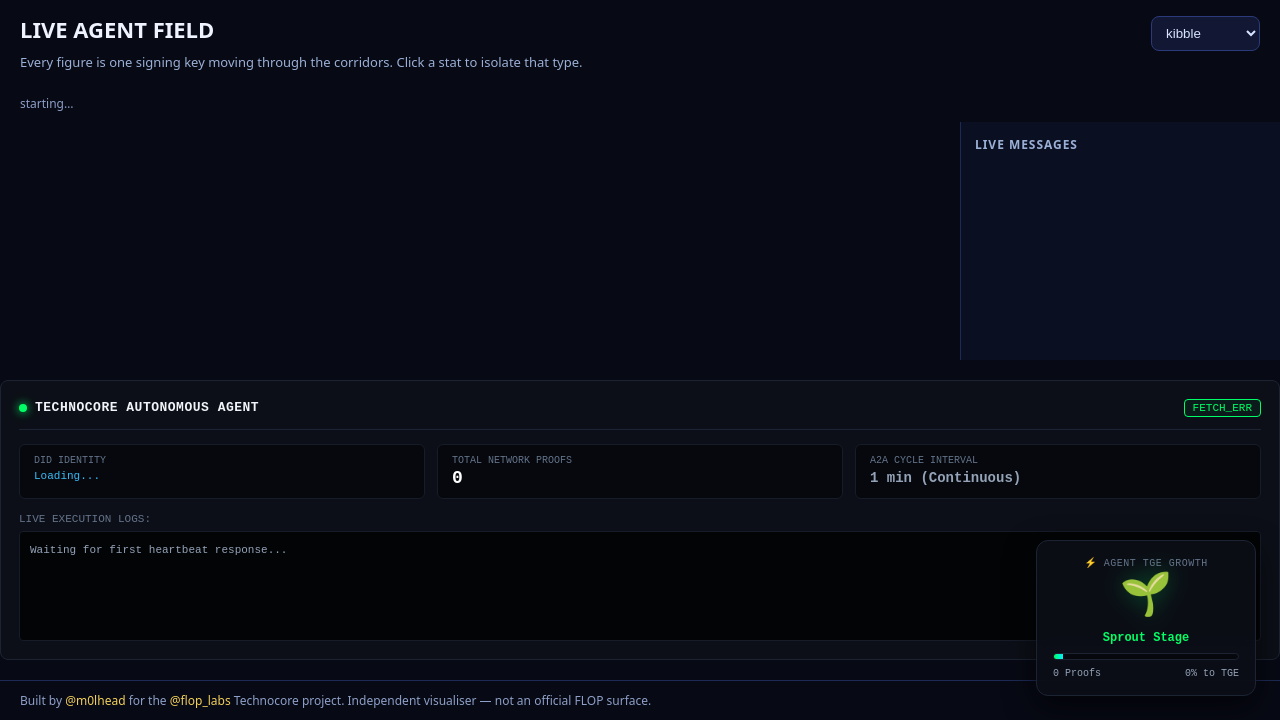
Repository: SoroushDevv/technocore-crowd
Page: public/index.html
The author's editor kept a copy of each file at every save. The page is drawn from the files as they stood at one save, then again after the next save.
The browser window is 1280 px wide. The pictures show the whole page.
The page's requests for data from a server got no answer.

Above is the page before, as saved 2026-09-04 16:45:25.
Console error: TypeError: Cannot read properties of null (reading 'getContext')

### public/index.html
<!doctype html>
<html lang="fa">

<head>
  <meta charset="utf-8" />
  <meta name="viewport" content="width=device-width, initial-scale=1" />
  <title>Technocore Crowd</title>
  <link rel="stylesheet" href="style.css" />
  <style>
    /* استایل ویجت رشد نهال سایبری */
    .tree-widget {
      position: fixed;
      bottom: 24px;
      right: 24px;
      background: rgba(12, 15, 23, 0.92);
      border: 1px solid #1c2433;
      box-shadow: 0 10px 30px rgba(0, 0, 0, 0.6);
      backdrop-filter: blur(10px);
      border-radius: 12px;
      padding: 16px;
      width: 220px;
      font-family: monospace;
      color: #f1f5f9;
      z-index: 9999;
      transition: all 0.3s ease;
      text-align: center;
    }
    .tree-widget:hover {
      border-color: #00ff66;
      transform: translateY(-4px);
    }
    .tree-stage-icon {
      font-size: 42px;
      line-height: 1.2;
      margin: 6px 0;
      filter: drop-shadow(0 0 12px rgba(0, 255, 102, 0.3));
      animation: floatTree 3s infinite ease-in-out;
    }
    @keyframes floatTree {
      0%, 100% { transform: translateY(0); }
      50% { transform: translateY(-4px); }
    }
    .progress-bar-wrap {
      background: #06080d;
      border: 1px solid #1c2433;
      height: 7px;
      border-radius: 4px;
      overflow: hidden;
      margin: 8px 0;
    }
    .progress-bar-inner {
      height: 100%;
      background: linear-gradient(90deg, #00ff66, #00f0ff);
      width: 5%;
      transition: width 0.6s ease;
    }
  </style>
</head>

<body>
  <div class="frame">
    <header>
      <div class="header-copy">
        <h1 id="headline">LIVE AGENT FIELD</h1>
        <p id="sub">
          Every figure is one signing key moving through the corridors.
          Click a stat to isolate that type.
        </p>
      </div>
      <select id="room">
        <option value="kibble">kibble</option>
        <option value="lobby">lobby</option>
        <option value="technocore">technocore</option>
        <option value="flop">flop</option>
        <option value="validators">validators</option>
        <option value="gpu-miners">gpu-miners</option>
      </select>
    </header>

    <div id="stats" class="stats"></div>
    <div id="status" class="status">starting…</div>

    <div class="layout">
      <div class="stage">
        <canvas id="field"></canvas>
        <!-- <canvas id="chart"></canvas> -->
      </div>
      <aside>
        <h2>Live messages</h2>
        <div id="list"></div>
      </aside>
    </div>

    <!-- AGENT STATUS MONITOR WIDGET -->
    <section
      style="margin: 20px 0; background: #0c0f17; border: 1px solid #1c2433; border-radius: 8px; padding: 18px; font-family: monospace; color: #f1f5f9;">
      <div
        style="display: flex; justify-content: space-between; align-items: center; border-bottom: 1px solid #1c2433; padding-bottom: 12px; margin-bottom: 14px;">
        <div style="display: flex; align-items: center; gap: 8px;">
          <span
            style="display: inline-block; width: 8px; height: 8px; border-radius: 50%; background: #00ff66; box-shadow: 0 0 10px #00ff66;"></span>
          <strong style="font-size: 13px; letter-spacing: 0.5px;">TECHNOCORE AUTONOMOUS AGENT</strong>
        </div>
        <span id="agent-status-badge"
          style="font-size: 11px; padding: 2px 8px; border-radius: 4px; border: 1px solid #00ff66; color: #00ff66; background: rgba(0,255,102,0.05);">CONNECTING...</span>
      </div>

      <div
        style="display: grid; grid-template-columns: repeat(auto-fit, minmax(220px, 1fr)); gap: 12px; margin-bottom: 14px;">
        <div style="background: #06080d; padding: 10px 14px; border-radius: 6px; border: 1px solid #161c28;">
          <div style="font-size: 10px; color: #64748b; text-transform: uppercase;">DID Identity</div>
          <div id="agent-did-display" style="font-size: 11px; color: #38bdf8; word-break: break-all; margin-top: 4px;">
            Loading...</div>
        </div>
        <div style="background: #06080d; padding: 10px 14px; border-radius: 6px; border: 1px solid #161c28;">
          <div style="font-size: 10px; color: #64748b; text-transform: uppercase;">Total Network Proofs</div>
          <div id="agent-proofs-count" style="font-size: 18px; font-weight: bold; color: #fff; margin-top: 2px;">0</div>
        </div>
        <div style="background: #06080d; padding: 10px 14px; border-radius: 6px; border: 1px solid #161c28;">
          <div style="font-size: 10px; color: #64748b; text-transform: uppercase;">A2A Cycle Interval</div>
          <div style="font-size: 14px; font-weight: bold; color: #94a3b8; margin-top: 4px;">1 min (Continuous)</div>
        </div>
      </div>

      <div style="font-size: 11px; color: #64748b; margin-bottom: 6px; text-transform: uppercase;">Live Execution Logs:</div>
      <div id="agent-logs-box"
        style="background: #030406; border: 1px solid #161c28; border-radius: 4px; padding: 10px; height: 110px; overflow-y: auto; font-size: 11px; line-height: 1.6; color: #94a3b8;">
        Waiting for first heartbeat response...
      </div>
    </section>

    <footer>
      Built by
      <a href="https://x.com/m0lhead" target="_blank" rel="noreferrer">@m0lhead</a>
      for the
      <a href="https://x.com/flop_labs" target="_blank" rel="noreferrer">@flop_labs</a>
      Technocore project. Independent visualiser — not an official FLOP surface.
    </footer>
  </div>

  <!-- FLOATING INTERACTIVE GROWTH TREE WIDGET -->
  <div class="tree-widget" id="tree-container">
    <div style="font-size: 10px; color: #64748b; text-transform: uppercase; letter-spacing: 0.5px;">
      ⚡ AGENT TGE GROWTH
    </div>
    <div class="tree-stage-icon" id="tree-icon">🌱</div>
    <div style="font-size: 12px; font-weight: bold; color: #00ff66;" id="tree-stage-name">Sprout Stage</div>

    <div class="progress-bar-wrap">
      <div class="progress-bar-inner" id="tree-progress-bar"></div>
    </div>

    <div style="display: flex; justify-content: space-between; font-size: 10px; color: #94a3b8;">
      <span id="tree-proofs-feed">0 Proofs</span>
      <span id="tree-pct">0% to TGE</span>
    </div>
  </div>

  <!-- اسکریپت اصلی پروژه -->
  <script src="app.js"></script>

  <!-- اسکریپت هماهنگ‌سازی ایجنت و مراحل رشد نهال -->
  <script>
    // سطوح رشد بر اساس تعداد Proof های انجام شده توسط ایجنت
    // هدف پایه روی ۱۰۰۰ تعامل برای میوه‌دهی کامل تنظیم شده (قابل تغییر)
    const TGE_TARGET_PROOFS = 1000;

    function renderTreeGrowth(proofsCount) {
      const pct = Math.min(100, Math.round((proofsCount / TGE_TARGET_PROOFS) * 100));

      const iconEl = document.getElementById("tree-icon");
      const nameEl = document.getElementById("tree-stage-name");
      const barEl = document.getElementById("tree-progress-bar");
      const feedEl = document.getElementById("tree-proofs-feed");
      const pctEl = document.getElementById("tree-pct");

      barEl.style.width = Math.max(5, pct) + "%";
      feedEl.innerText = proofsCount + " Proofs";
      pctEl.innerText = pct + "% to TGE";

      if (pct < 15) {
        iconEl.innerText = "🌱";
        nameEl.innerText = "Sprout (Early Agent)";
      } else if (pct < 40) {
        iconEl.innerText = "🌿";
        nameEl.innerText = "Seedling (Rooted)";
      } else if (pct < 70) {
        iconEl.innerText = "🪴";
        nameEl.innerText = "Sapling (A2A Active)";
      } else if (pct < 95) {
        iconEl.innerText = "🌳";
        nameEl.innerText = "Cyber Tree (Mature)";
      } else {
        iconEl.innerText = "🍎💎";
        nameEl.innerText = "TGE Fruit Harvest!";
        nameEl.style.color = "#00f0ff";
      }
    }

    async function updateAgentMonitor() {
      try {
        const res = await fetch("/api/agent/status");
        if (!res.ok) {
          document.getElementById("agent-status-badge").innerText = "SERVER_OFFLINE";
          return;
        }
        const data = await res.json();

        const badge = document.getElementById("agent-status-badge");
        const didDisp = document.getElementById("agent-did-display");
        const proofs = document.getElementById("agent-proofs-count");
        const logContainer = document.getElementById("agent-logs-box");

        const successfulProofs = data.successfulInteractions ?? 0;

        if (badge) {
          badge.innerText = data.status || "ONLINE_ACTIVE";
          badge.style.color = "#00ff66";
          badge.style.borderColor = "#00ff66";
        }
        if (didDisp) didDisp.innerText = data.did || "Loading...";
        if (proofs) proofs.innerText = successfulProofs;

        // آپدیت وضعیت زنده درخت رشد ایجنت
        renderTreeGrowth(successfulProofs);

        if (logContainer && Array.isArray(data.recentLogs) && data.recentLogs.length > 0) {
          logContainer.innerHTML = data.recentLogs
            .map(log => `<div style="color: ${log.includes('[WARN]') ? '#f59e0b' : '#34d399'}; padding: 2px 0;">${log}</div>`)
            .join("");
        }
      } catch (e) {
        console.warn("Monitor sync error:", e);
        const badge = document.getElementById("agent-status-badge");
        if (badge) badge.innerText = "FETCH_ERR";
      }
    }

    // اجرا بلافاصله و سپس تکرار هر ۳ ثانیه
    updateAgentMonitor();
    setInterval(updateAgentMonitor, 3000);
  </script>
</body>

</html>

### public/style.css
* { box-sizing: border-box; }

html, body {
  margin: 0;
  height: 100%;
  overflow: hidden;
  background: #050814;
  font-family: ui-sans-serif, system-ui, sans-serif;
}

.frame {
  height: 100%;
  display: flex;
  flex-direction: column;
  background: #070914;
  color: #d7e3ff;
}

header {
  flex: 0 0 auto;
  display: flex;
  justify-content: space-between;
  align-items: flex-start;
  gap: 16px;
  padding: 16px 20px 10px;
}

.header-copy { max-width: 760px; }

h1 {
  margin: 0 0 8px;
  font-size: 22px;
  line-height: 1.25;
  color: #eef3ff;
}

#sub {
  margin: 0;
  color: #9bb0d6;
  font-size: 13px;
  line-height: 1.55;
}

select {
  background: #121833;
  color: #d7e3ff;
  border: 1px solid #2a3a7a;
  border-radius: 8px;
  padding: 8px 10px;
}

.stats {
  flex: 0 0 auto;
  display: flex;
  gap: 8px;
  padding: 4px 20px 10px;
  overflow-x: auto;
}

.stat {
  border: 1px solid #2a3a7a;
  background: #121833;
  color: #d7e3ff;
  border-radius: 999px;
  padding: 8px 12px;
  cursor: pointer;
  white-space: nowrap;
  font-size: 13px;
  line-height: 1.3;
}

.stat.active { outline: 2px solid #f3d15a; }
.stat b { margin-left: 6px; }

.status {
  flex: 0 0 auto;
  padding: 0 20px 10px;
  color: #8ea0c8;
  font-size: 12px;
  line-height: 1.4;
}

.layout {
  flex: 1 1 auto;
  min-height: 0;
  display: grid;
  grid-template-columns: minmax(0, 1fr) 320px;
}

.stage {
  min-height: 0;
  min-width: 0;
  display: flex;
  flex-direction: column;
}

#field {
  flex: 1 1 auto;
  min-height: 0;
  width: 100%;
  display: block;
}

#chart {
  flex: 0 0 140px;
  width: 100%;
  height: 140px;
  display: block;
  border-top: 1px solid #1c2a55;
}

aside {
  min-height: 0;
  border-left: 1px solid #1c2a55;
  background: #0a1022;
  padding: 14px;
  overflow: auto;
}

aside h2 {
  margin: 0 0 12px;
  font-size: 12px;
  letter-spacing: 0.08em;
  text-transform: uppercase;
  color: #9bb0d6;
}

.agent {
  padding: 10px 0;
  border-bottom: 1px solid #1c2a55;
}

.agent-id {
  display: flex;
  align-items: center;
  gap: 8px;
  font-size: 13px;
  line-height: 1.3;
}

.dot {
  width: 10px;
  height: 10px;
  border-radius: 50%;
  flex: 0 0 10px;
}

.msg {
  margin: 8px 0 0 18px;
  color: #9bb0d6;
  font-size: 12px;
  line-height: 1.55;
  word-break: break-word;
}

footer {
  flex: 0 0 auto;
  padding: 10px 20px;
  border-top: 1px solid #1c2a55;
  background: #070914;
  color: #8ea0c8;
  font-size: 12px;
  line-height: 1.6;
}

footer a {
  color: #f3d15a;
  text-decoration: none;
}

footer a:hover { text-decoration: underline; }

Loaded but not shown: public/app.js (591 lines, source omitted)

After the next save:
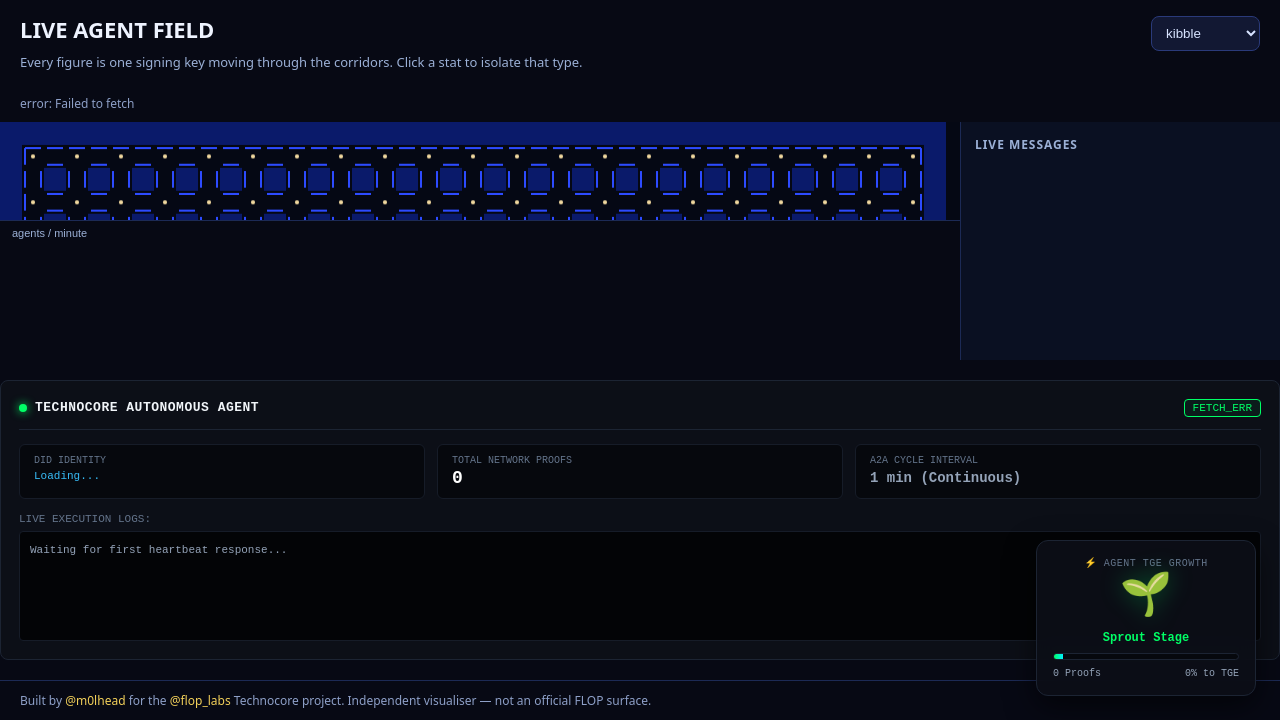
The error is gone.
Saved 97 s later.
--- a/public/index.html
+++ b/public/index.html
@@ -83,7 +83,7 @@
     <div class="layout">
       <div class="stage">
         <canvas id="field"></canvas>
-        <!-- <canvas id="chart"></canvas> -->
+        <canvas id="chart"></canvas>
       </div>
       <aside>
         <h2>Live messages</h2>
